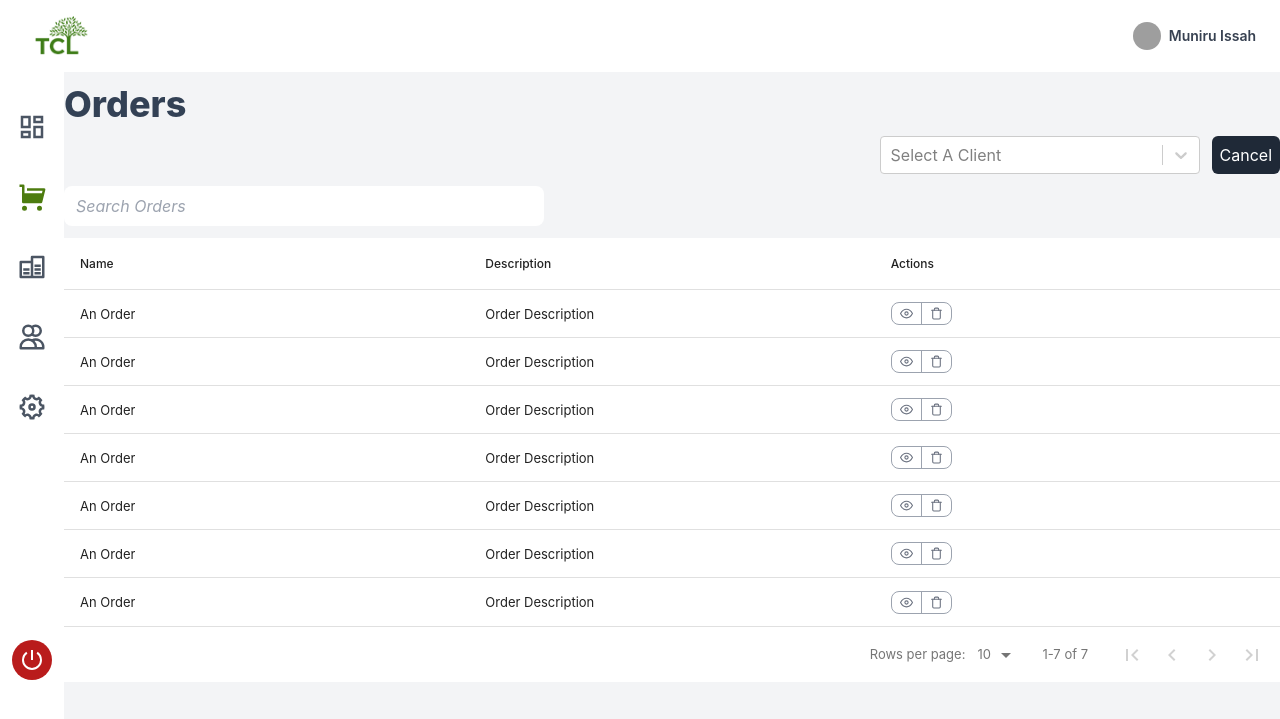
Repository: issah-gaisie/timber
Page: /dashboard/orders, after clicking the first element matching `button.rounded`
The author's editor kept a copy of each file at every save. The page is drawn from the files as they stood at one save, then again after a run of saves.
The browser window is 1280 px wide. The pictures show the whole page.
Pictures or frames that could not be fetched are drawn as grey boxes. The project was rebuilt for these pictures with package versions that can differ from the ones it lists, and the page was loaded fresh each time. Also part of the build but not shown: src/App.css, src/components/Input.js, src/components/Login.js, src/components/Auth.js, src/components/ResetPassword/PasswordReset.js, src/components/ResetPassword/PasswordResetSent.js, src/components/Dashboard/sub-components/ProfilePopup.js, src/components/PrivateRoute.js and 47 more.

Above is the page before, as saved 2022-04-02 11:56:36.

### src/components/Dashboard/Dashboard.js
//Dashboard Component

import React, { useMemo, useState } from "react";
import logo from "../../assets/TCL2.png";
import profile from "../../assets/man_cutting_timber.jpg";

import { FaAngleDown, FaAngleUp } from "react-icons/fa";
import { Outlet, useLocation } from "react-router-dom";
import Sidebar from "./sub-components/Sidebar";
import ProfilePopup from "./sub-components/ProfilePopup";
import FloatingBottomNavBar from "./sub-components/FloatingBottomNavBar";

//Main Dashboard Component
const Dashboard = () => {
  const location = useLocation();
  console.log({ location });
  const [showPopup, setShowPopup] = useState(false);
  const togglePopup = () => setShowPopup((previousState) => !previousState);

  const arrow = useMemo(
    () => (showPopup ? <FaAngleUp /> : <FaAngleDown />),
    [showPopup]
  );

  return (
    <div className="flex flex-col h-screen w-screen bg-gray-100">
      {/* Dashboard Header */}
      <header className="flex justify-between items-center h-[10vh] shadow-sm bg-white px-2 md:px-6 relative">
        <img src={logo} alt="tcl" className="h-10 w-auto object-contain" />
        <div className="flex justify-center items-center space-x-2 pointer">
          <div
            className="h-7 w-7 rounded rounded-full bg-green-700 bg-cover bg-no-repeat bg-center"
            style={{ backgroundImage: `url(${profile})` }}
          ></div>
          <span className="hidden md:block text-gray-700 text-sm font-semibold ml-3">
            Muniru Issah
          </span>
        </div>
      </header>
      {/* Dashboard Main */}
      <main className="flex w-full h-[90vh] relative">
        <Sidebar />
        <section className="w-full  h-[83vh] md:h-[88vh] scroll-smooth overflow-y-auto bg-gray-100">
          <Outlet />
        </section>
        <FloatingBottomNavBar />
      </main>
    </div>
  );
};

export default Dashboard;

### src/components/Dashboard/Orders/Orders.js
import React from "react";
import { Outlet } from "react-router-dom";
import { profileRoutes } from "../../../utils";
import DashboardTabLink from "../sub-components/DashboardTabLink";
const Orders = () => {
  return (
    <div className="w-full h-full  flex flex-col items-start">
      <h1 className="text-4xl font-extrabold my-3 text-slate-700">Orders</h1>
      {/* <nav className="w-full text-left py-5 border-b border-gray-300 mb-2 flex flex-wrap">
        {profileRoutes.map((route) => (
          <DashboardTabLink {...route} />
        ))}
      </nav> */}
      <Outlet />
    </div>
  );
};

export default Orders;

### src/components/Dashboard/Orders/AllOrders.js
import React from "react";
import DataTable from "react-data-table-component";
import { useNavigate } from "react-router-dom";
import Search from "../StockManagement/sub-components/Search";
import TableActions from "../StockManagement/sub-components/TableActions";
import Select from "react-select";
import { useState } from "react";
const AllOrders = () => {
  const navigate = useNavigate();
  const [shouldFilter, setShouldFilter] = useState(false);
  const [filter, setFilter] = useState("");

  const toggleShouldFilter = () => setShouldFilter((prevState) => !prevState);
  const compartmentColumns = [
    {
      name: "Name",
      selector: (row) => row.orderName,
    },
    {
      name: "Description",
      selector: (row) => row.description,
    },
    // {
    //   name: "Active",
    //   selector: (row) =>
    //     row.isActive ? (
    //       <ActivePill>Active</ActivePill>
    //     ) : (
    //       <InactivePill>Inactive</InactivePill>
    //     ),
    // },
    {
      name: "Actions",
      selector: (row) => (
        <div>
          <TableActions
            viewAction={() => navigate(`${row.id}`)}
            deleteAction={() =>
              window.confirm(`Are you sure you want to delete this compartment`)
            }
          />
        </div>
      ),
    },
  ];
  return (
    <div className="w-full">
      {/* <AddnExport /> */}
      <FilterByClient
        filter={filter}
        changeHandler={setFilter}
        shouldFilter={shouldFilter}
        toggleFilters={toggleShouldFilter}
      />
      <Search placeholder="Search Orders" />
      <DataTable
        className="w-full rounded rounded-lg"
        columns={compartmentColumns}
        data={data}
        pagination
      />
    </div>
  );
};

export default AllOrders;

const FilterByClient = ({ filter, changeHandler, toggleFilters,shouldFilter }) => {
  return (
    <div className="flex flex items-stretch space-x-3 justify-end">
      {
        <Select
          placeholder="Select A Client"
          onChange={(item) => changeHandler(item.value)}
          options={testClients}
          className="w-full md:w-[20rem]"
          name="client"
        />
      }
      {
        shouldFilter?
        <button
        className="rounded rounded-md bg-gray-800 text-white py-1 px-2"
        onClick={toggleFilters}
      >
        Cancel
      </button>
        :
        <button
          className="rounded rounded-md bg-gray-800 text-white py-1 px-2"
          onClick={toggleFilters}
        >
          Filter by Client
        </button>
      }
    </div>
  );
};

const testClients = [
  { label: "Ernest", value: "Ernest" },
  { label: "Earnest", value: "Earnest" },
  { label: "Ear-nest", value: "Ear-nest" },
];

const data = [
  {
    id: 1,
    orderName: "An Order",
    description: "Order Description",
    isActive: true,
  },
  {
    id: 2,
    orderName: "An Order",
    description: "Order Description",
    isActive: true,
  },
  {
    id: 3,
    orderName: "An Order",
    description: "Order Description",
    isActive: false,
  },
  {
    id: 4,
    orderName: "An Order",
    description: "Order Description",
    isActive: true,
  },
  {
    id: 5,
    orderName: "An Order",
    description: "Order Description",
    isActive: false,
  },
  {
    id: 6,
    orderName: "An Order",
    description: "Order Description",
    isActive: true,
  },
  {
    id: 7,
    orderName: "An Order",
    description: "Order Description",
    isActive: false,
  },
];

### src/components/Dashboard/sub-components/Sidebar.js
import React from "react";
import { RiShutDownLine } from "react-icons/ri";
import { NavLink } from "react-router-dom";
import { dashboardNavigation } from "../../../utils";
const Sidebar = () => {
  return (
    <nav className="h-full bg-white shadow-xs min-w-[4rem] basis-[5%] flex-col items-center justify-between  hidden md:flex">
      <div className="flex flex-col justify-center space-y-10 pt-10">
        {dashboardNavigation.map((navItem, index) => (
          <NavLink key={index} to={navItem.path} className="group">
            {({ isActive }) => (
              <>
                <navItem.Icon
                  className={
                    isActive
                      ? "hidden"
                      : "text-3xl text-gray-600 group-hover:hidden"
                  }
                />

                <navItem.IconFilled
                  className={
                    isActive
                      ? "text-3xl text-lime-700"
                      : "hidden text-3xl text-lime-700 group-hover:block"
                  }
                />
              </>
            )}
          </NavLink>
        ))}
      </div>

      <div className=" flex justify-center items-center bg-red-700 hover:bg-red-900 p-2 rounded rounded-full mb-10">
        <RiShutDownLine className="text-2xl text-white" />
      </div>
    </nav>
  );
};

export default Sidebar;

### src/components/Dashboard/sub-components/FloatingBottomNavBar.js
import React from "react";
import { RiShutDownLine } from "react-icons/ri";
import { NavLink } from "react-router-dom";
import { dashboardNavigation } from "../../../utils";

const FloatingBottomNavBar = () => {
  return (
    <nav className="flex md:hidden w-full items-center justify-around bg-white shadow-sm absolute bottom-0 h-[6vh]  m-auto">
      {dashboardNavigation.map((navItem, index) => (
        <NavLink key={index} to={navItem.path} className="group">
          {({ isActive }) => (
            <>
              <navItem.Icon
                className={
                  isActive
                    ? "hidden"
                    : "text-xl text-gray-600 group-hover:hidden"
                }
              />

              <navItem.IconFilled
                className={
                  isActive
                    ? "text-xl text-lime-700"
                    : "hidden text-xl text-lime-700 group-hover:block"
                }
              />
            </>
          )}
        </NavLink>
      ))}
      <div className="">
        <RiShutDownLine className="text-xl text-red-600" />
      </div>
    </nav>
  );
};

export default FloatingBottomNavBar;

### src/utils/index.js
import {
  RiDashboardFill,
  RiDashboardLine,
  RiSettings5Fill,
  RiSettings5Line,
  RiDatabaseFill,
  RiDatabaseLine,
  RiShoppingCartLine,
  RiShoppingCartFill
} from "react-icons/ri";
import { HiUsers, HiOutlineUsers } from "react-icons/hi";
import manCTimber from "../assets/man_cutting_timber.jpg";
// sidebar utils
export const dashboardNavigation = [
  {
    name: "Dashboard",
    IconFilled: (props) => <RiDashboardFill {...props} />,
    Icon: (props) => <RiDashboardLine {...props} />,
    path: "main",
  },
  {
    name: "Orders",
    IconFilled: (props) => <RiShoppingCartFill {...props} />,
    Icon: (props) => <RiShoppingCartLine {...props} />,
    path: "orders",
  },
  {
    name: "Stock Management",
    IconFilled: (props) => <RiDatabaseFill {...props} />,
    Icon: (props) => <RiDatabaseLine {...props} />,
    path: "stock-management",
  },
  {
    name: "Users",
    IconFilled: (props) => <HiUsers {...props} />,
    Icon: (props) => <HiOutlineUsers {...props} />,
    path: "users",
  },
  {
    name: "Profile",
    IconFilled: (props) => <RiSettings5Fill {...props} />,
    Icon: (props) => <RiSettings5Line {...props} />,
    path: "profile",
  },
];

// ROUTES FOR THE PROFILE SECTION  IN THE DASHBOARD
export const profileRoutes = [
  {
    name: "Personal Details",
    path: "personal-details",
  },
  {
    name: "Change Password",
    path: "change-password",
  },
];

// ROUTES FOR THE USERS SECTION IN THE DASHBOARD
export const userRoutes = [
  {
    name: "All Users",
    path: "all",
  },
  {
    name: "Active Users",
    path: "active",
  },
  {
    name: "Deactivated Users",
    path: "deactivated",
  },
  {
    name: "Client Users",
    path: "client",
  },
  {
    name: "Internal Users",
    path: "internal",
  },
];

// ROUTES FOR STOCK MANAGEMENT IN THE DASHBOARD
export const stockRoutes = [
  {
    name: "Concession",
    path: "concession",
  },
  {
    name: "Compartment",
    path: "compartment",
  },
  {
    name: "Species",
    path: "species",
  },
  {
    name: "Trees",
    path: "trees",
  },
  {
    name: "Teams",
    path: "teams",
  },
  {
    name: "Products",
    path: "products",
  },
  {
    name: "Product Types",
    path: "product-types",
  },
];

// TEST USERS
export const testUsers = [
  {
    id: 1,
    username: "Missah",
    firstName: "Issah",
    lastName: "Muniru",
    email: "issahmuniru@gmail.com",
    phoneNumber: "+23355345679",
    location: "Lakeside",
    address1: "Lakeside Barrier",
    address2: "Lakeside Second",
    role: "Admin",
    profileImage: manCTimber,
    active: false,
  },
  {
    id: 2,
    username: "ErnestGaisie",
    firstName: "Ernest",
    lastName: "Gaisie",
    email: "ernestgaisie@gmail.com",
    phoneNumber: "+23355234566",
    location: "Nungua",
    address1: "Nungua Barrier",
    address2: "Nungua Second",
    role: "Client User",
    profileImage: manCTimber,
    active: false,
  },
  {
    id: 3,
    username: "BotweIsaac",
    firstName: "Botwe",
    lastName: "Isaac",
    email: "botweisaac@gmail.com",
    phoneNumber: "+23355679905",
    location: "Labadi",
    address1: "Labadi Barrier",
    address2: "Labadi Second",
    role: "Internal User",
    profileImage: manCTimber,
    active: true,
  },
];

// DUMMY ROLES FOR USERS
export const userRoles = {
  CLIENT: "Client User",
  INTERNAL: "Internal User",
  ADMIN: "Admin",
};

export const testConcessions = [
  {
    id: 1,
    concessionName: "concession1",
    concessionSize: "10sqm",
    description: "A large concession",
    totalNumberOfTrees: 2000,
    address: "Manet Palms",
    permitNumber: "123456",
    permitExpiryDate: new Date().toISOString(),
    permitDocument: ".docsx",
  },
  {
    id: 2,
    concessionName: "concession2",
    concessionSize: "10sqm",
    description: "A large concession",
    totalNumberOfTrees: 2000,
    address: "Manet Palms",
    permitNumber: "123456",
    permitExpiryDate: new Date().toISOString(),
    permitDocument: ".docsx",
  },
  {
    id: 3,
    concessionName: "concession3",
    concessionSize: "10sqm",
    description: "A large concession",
    totalNumberOfTrees: 2000,
    address: "Manet Palms",
    permitNumber: "123456",
    permitExpiryDate: new Date().toISOString(),
    permitDocument: ".docsx",
  },
  {
    id: 4,
    concessionName: "concession4",
    concessionSize: "10sqm",
    description: "A large concession",
    totalNumberOfTrees: 2000,
    address: "Manet Palms",
    permitNumber: "123456",
    permitExpiryDate: new Date().toISOString(),
    permitDocument: ".docsx",
  },
  {
    id: 5,
    concessionName: "concession5",
    concessionSize: "10sqm",
    description: "A large concession",
    totalNumberOfTrees: 2000,
    address: "Manet Palms",
    permitNumber: "123456",
    permitExpiryDate: new Date().toISOString(),
    permitDocument: ".docsx",
  },
];

### src/components/Dashboard/StockManagement/sub-components/Search.js
import React from "react";

const Search = (props) => {
  return (
    <input
      type="search"
      className="text-gray-400 italic px-3 placeholder:text-gray-400 placeholder:italic h-10 w-full md:w-[30rem] bg-white focus:outline-2 focus:outline-tclPrimary/75 my-3 rounded rounded-lg"
      placeholder={props.placeholder ? props.placeholder : "Search ..."}
    />
  );
};

export default Search;

### src/components/Dashboard/StockManagement/sub-components/TableActions.js
import React from 'react'
import { FiEye, FiTrash } from 'react-icons/fi'
const TableActions = ({viewAction,deleteAction}) => {
  return (
    <div className='border border-gray-400 rounded rounded-lg'>
        <button className='text-gray-500 px-2 py-1 first:border-r first:border-gray-400 hover:bg-gray-700 hover:text-white' onClick={viewAction}><FiEye/></button>
        <button className='text-gray-500 px-2 py-1 hover:bg-red-700 hover:text-white' onClick={deleteAction}><FiTrash/></button>
    </div>
  )
}

export default TableActions

### tailwind.config.js
module.exports = {
  content: ["./src/**/*.{js,jsx,ts,tsx}"],
  theme: {
    extend: {
      colors: {
        tclPrimary: "#3e7c17",
      },
    },
  },
  plugins: [],
};

Loaded but not shown: public/index.html (common file); src/index.js (common file); src/index.css (common file); src/reportWebVitals.js (common file); src/App.js (183 lines, source omitted)

After the next 2 saves:
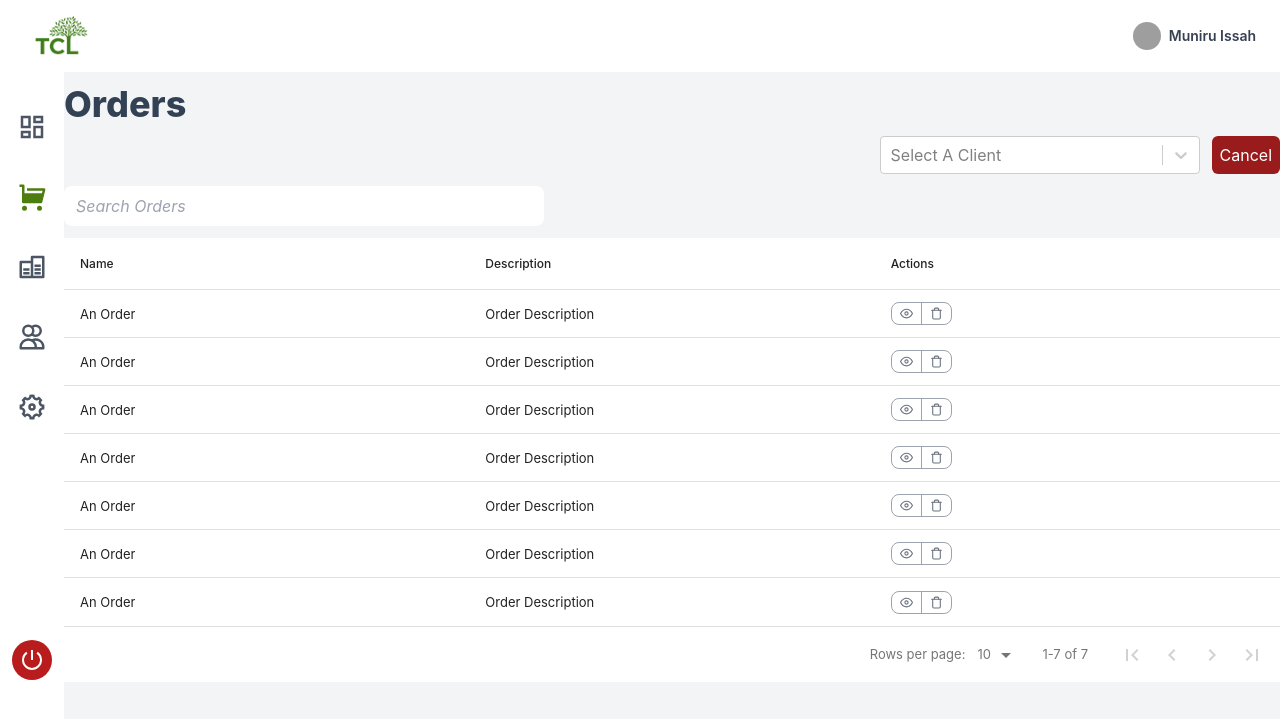
The 2 saves are shown as one change because they came seconds apart.
The last was saved 17 s later.
--- a/src/components/Dashboard/Orders/AllOrders.js
+++ b/src/components/Dashboard/Orders/AllOrders.js
@@ -65,7 +65,12 @@ const AllOrders = () => {
 
 export default AllOrders;
 
-const FilterByClient = ({ filter, changeHandler, toggleFilters,shouldFilter }) => {
+const FilterByClient = ({
+  filter,
+  changeHandler,
+  toggleFilters,
+  shouldFilter,
+}) => {
   return (
     <div className="flex flex items-stretch space-x-3 justify-end">
       {
@@ -77,22 +82,21 @@ const FilterByClient = ({ filter, changeHandler, toggleFilters,shouldFilter }) =
           name="client"
         />
       }
-      {
-        shouldFilter?
+      {shouldFilter ? (
         <button
-        className="rounded rounded-md bg-gray-800 text-white py-1 px-2"
-        onClick={toggleFilters}
-      >
-        Cancel
-      </button>
-        :
+          className="rounded rounded-md bg-red-800 text-white py-1 px-2"
+          onClick={toggleFilters}
+        >
+          Cancel
+        </button>
+      ) : (
         <button
           className="rounded rounded-md bg-gray-800 text-white py-1 px-2"
           onClick={toggleFilters}
         >
           Filter by Client
         </button>
-      }
+      )}
     </div>
   );
 };
